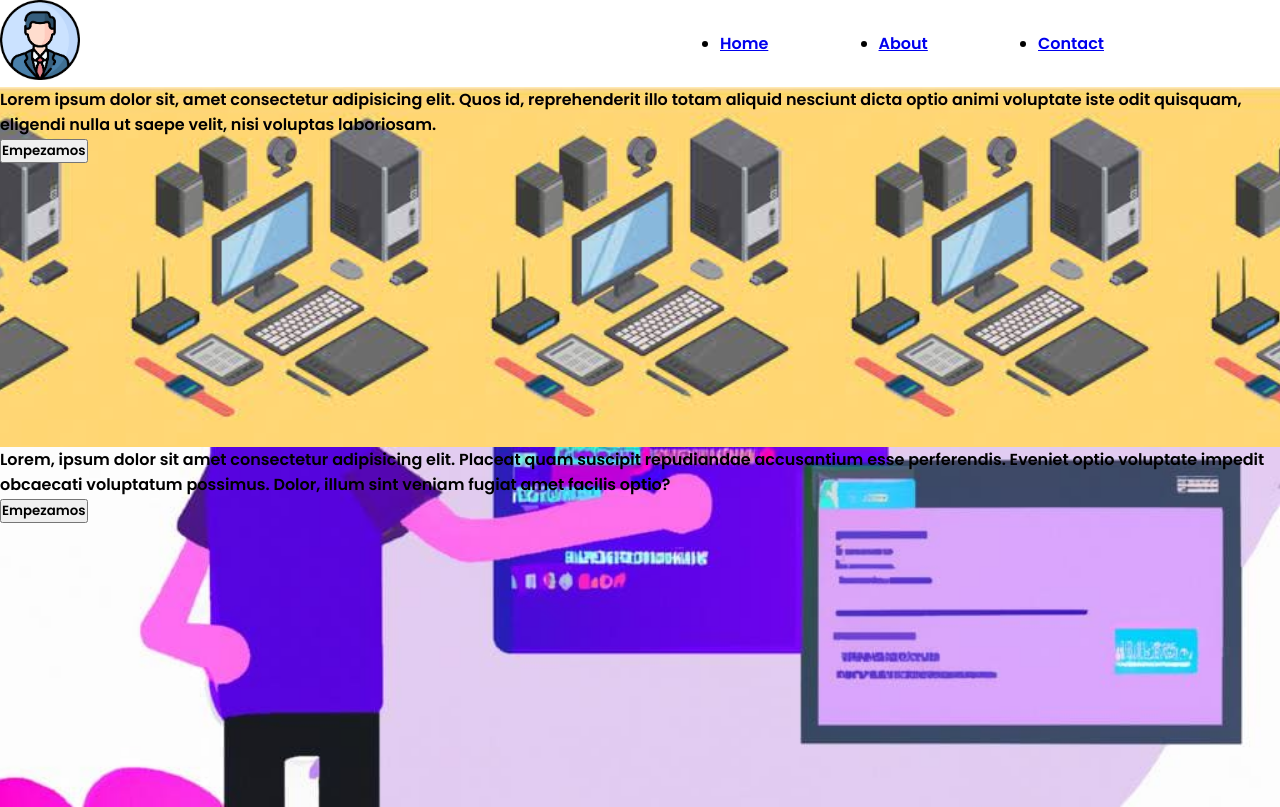
Repository: Sxcram02/projects
Page: screen-split/index.html
An editor plug-in stored every save of this project. The page is shown before and after the next save, followed by the edit.
The browser window is 1280 px wide. The pictures show the whole page.

Above is the page before, as saved 2023-03-17 00:28:31.

After the next save:
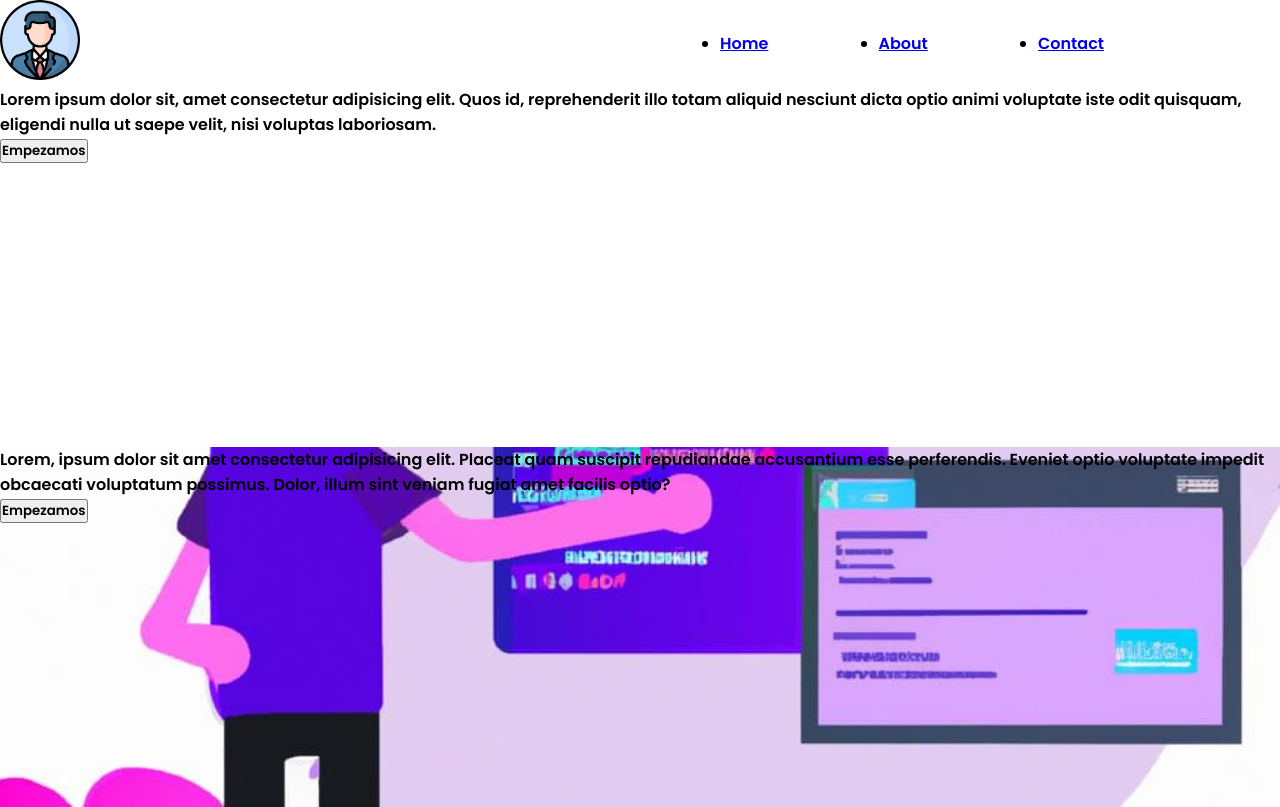
Saved 67 s later.
--- a/screen-split/style/index.css
+++ b/screen-split/style/index.css
@@ -39,11 +39,11 @@
     height: 100%;
 }
 
-.box-text {
+/* .box-text {
     background-image: url(../media/hardware.jpeg);
     background-position: center;
     background-size: contain;
-}
+} */
 
 .box-software {
     background-image: url(../media/software.jpg);

After the save that followed:
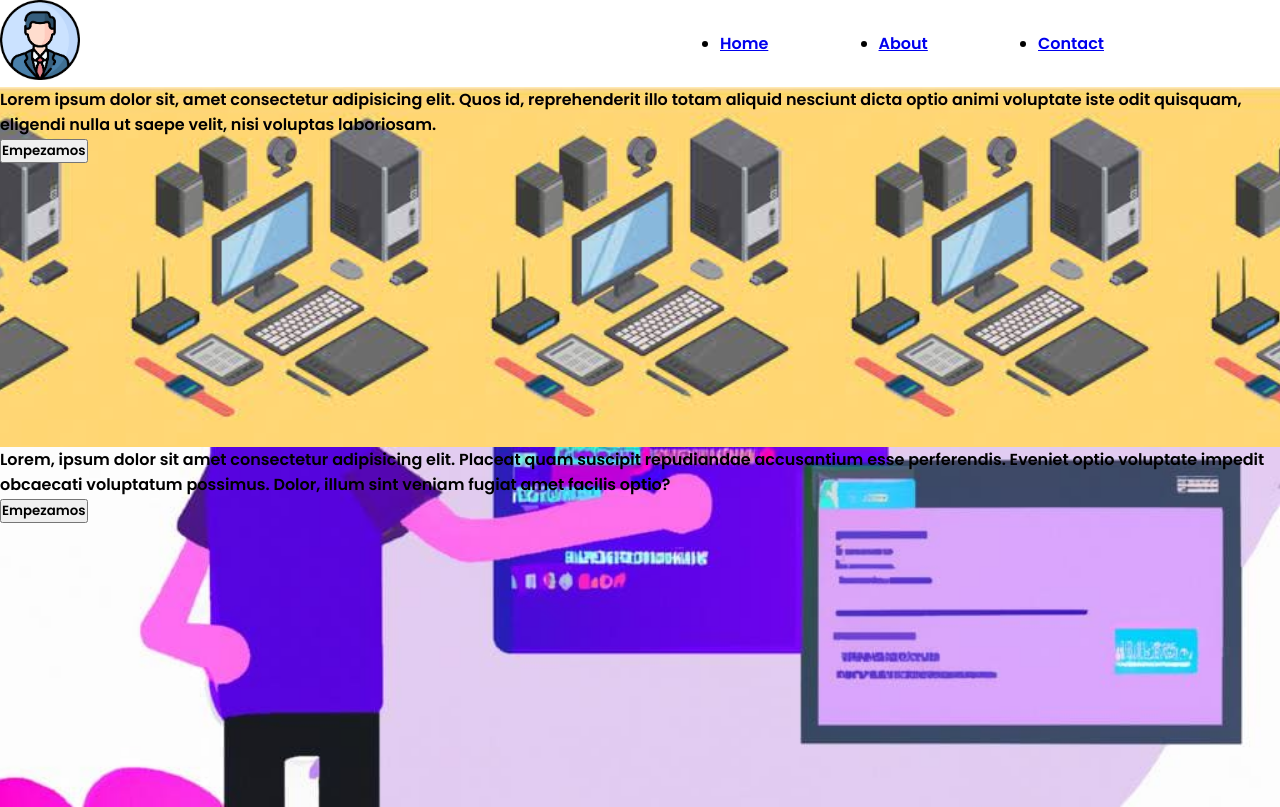
Saved 7 s later.
--- a/screen-split/style/index.css
+++ b/screen-split/style/index.css
@@ -39,11 +39,11 @@
     height: 100%;
 }
 
-/* .box-text {
+.box-text {
     background-image: url(../media/hardware.jpeg);
     background-position: center;
     background-size: contain;
-} */
+}
 
 .box-software {
     background-image: url(../media/software.jpg);
